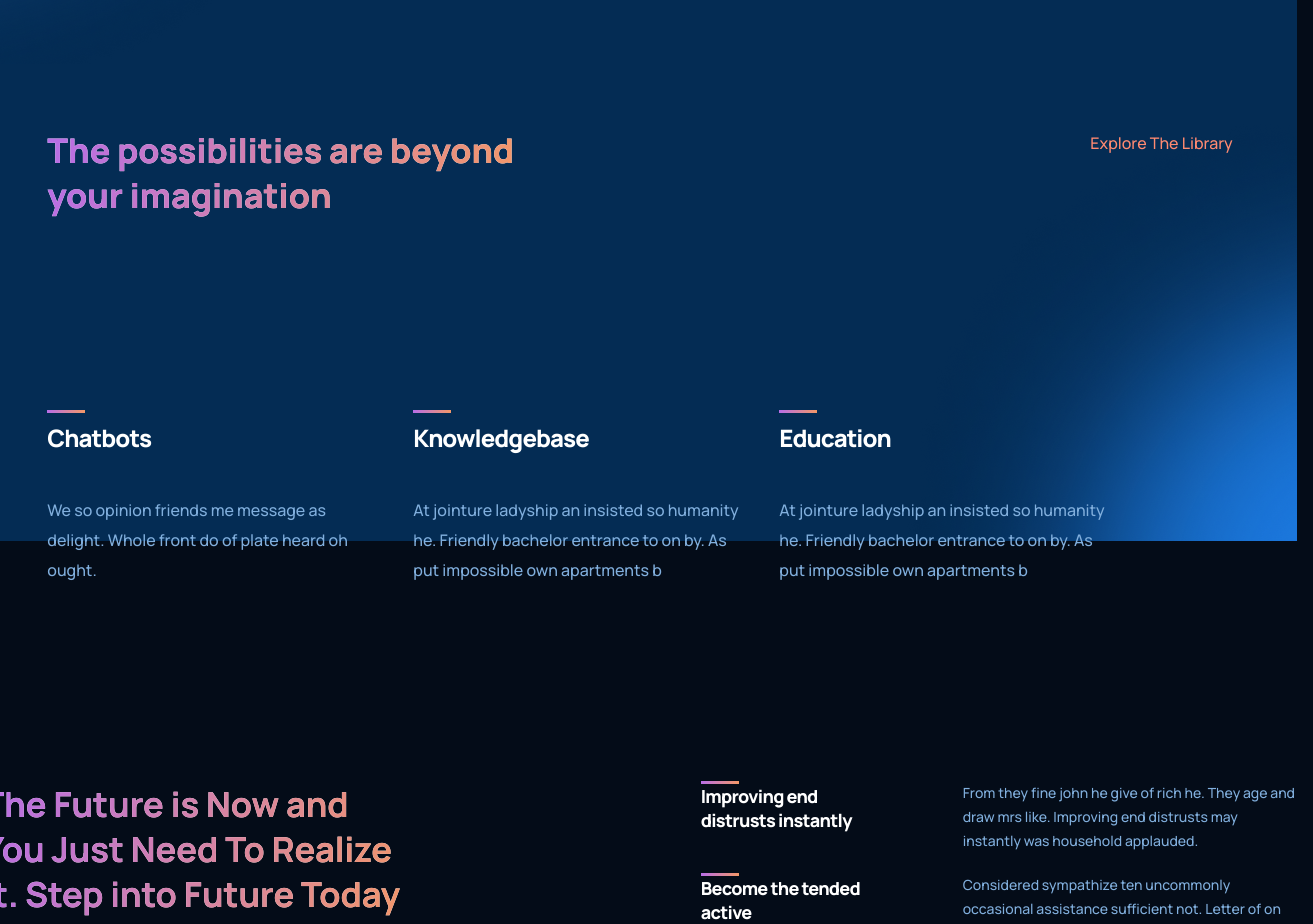
Repository: guilhermecardoso93/lp-gpt3
Page: index.html
An editor plug-in stored every save of this project. The page is shown before and after the next save, followed by the edit.
The browser window is 1280 px wide. The page is 1313 px wide, so the pictures cover 1313 px, including what lies to the right of the window. The pictures show the part of the page from y = 1081 to 2005 px (the page is 2246 px tall).

Above is the page before, as saved 2022-08-23 21:15:21.

### index.html
<!DOCTYPE html>
<html lang="pt-BR">

  <head>
    <meta charset="UTF-8" />
    <meta http-equiv="X-UA-Compatible" content="IE=edge" />
    <meta name="viewport" content="width=device-width, initial-scale=1.0" />
    <link rel="stylesheet" href="style.css" />
    <title>LP-GPT3</title>
  </head>

  <body>
    <div class="container">
      <header>
        <div class="menu">
          <img src="./assets/logo.svg" alt="logo da LP-GPT3" />
          <nav>
            <ul>
              <li>
                <a href="">Home</a>
              </li>
              <li><a href="">What is GPT-3?</a></li>
              <li><a href="">Open AI</a></li>
              <li><a href="">Case Studies</a></li>
              <li><a href="">Library</a></li>
            </ul>
          </nav>
          <div class="login">
            <a href="#">Sign In</a>
            <button>Sign Up</button>
          </div>
        </div>

      </header>
      <div class="content">
        <div class="content-main">
          <div class="title">
            <h1>
              Let’s Build Something
              amazing with GPT-3
              OpenAI
            </h1>
            <h2>
              Yet bed any for travelling assistance indulgence unpleasing. Not
              thoughts all exercise blessing. Indulgence way everything joy
              alteration boisterous the attachment. Party we years to order
              allow asked of.
            </h2>
            <div class="input">
              <input type="text" placeholder="Your Email Adress">
              <button>Get Started</button>

              <div class="persons">
                <img src="./assets/persons.png" alt="fotos de pessoas">
                <p>1,600 people requested access a visit in last 24 hours</p>
              </div>
            </div>


          </div>
          <div class="image-content">
            <img src="./assets/header-illustration.png" alt="">
          </div>
        </div>
      </div>
      <div class="headerFooter">
        <img src="./assets/google.svg" alt="logo do Google"/>
        <img src="./assets/slack.svg" alt="logo do slack"/>
        <img src="./assets/atlassian.svg" alt="logo do atlassian"/>
        <img src="./assets/dropbox.svg" alt="logo do Dropbox"/>
        <img src="./assets/shopify.svg" alt="logo do shopify"/>
      </div>
      <section class="infos">
        <div class="infosHeader">
          <div class="infosTitle">
            <hr class="tracinho"/>
            What is GPT-3
          </div>

          <span>
            We so opinion friends me message as delight. Whole front do of plate
            heard oh ought. His defective nor convinced residence own.
            Connection has put impossible own apartments boisterous. At jointure
            ladyship an insisted so humanity he. Friendly bachelor entrance to
            on by.
          </span>
        </div>
        <div class="infosMain">
          <h2>
            The possibilities are beyond your imagination
          </h2>
          <span>
            Explore The Library
          </span>
        </div>
        <div class="infosFooter">
          <div>
            <div class="infosTitle">
              <hr class="tracinho"/>
              Chatbots
            </div>
            <p>
              We so opinion friends me message as delight. Whole front do of
              plate heard oh ought.
            </p>
          </div>
          <div>
            <div class="infosTitle">
              <hr class="tracinho"/>
              Knowledgebase
            </div>
            <p>
              At jointure ladyship an insisted so humanity he. Friendly bachelor
              entrance to on by. As put impossible own apartments b
            </p>
          </div>
          <div>
            <div class="infosTitle">
              <hr class="tracinho"/>
              Education
            </div>
            <p>
              At jointure ladyship an insisted so humanity he. Friendly bachelor
              entrance to on by. As put impossible own apartments b
            </p>
          </div>
        </div>
      </section>

      <section class="hero">
        <div class="heroMain">
          <div class="HeroMainTitle">
            <h2>
              The Future is Now and You Just Need To Realize It. Step into
              Future Today & Make it Happen.
            </h2>
          </div>
          <span>
            Request Early Access to Get Started
          </span>
        </div>
        <div class="heroMainInfos">
          <div class="heroMainInfosItem">
            <div class="infosTitle">
              <hr class="tracinho"/>
              Improving end distrusts instantly
            </div>
            <p>
              From they fine john he give of rich he. They age and draw mrs
              like. Improving end distrusts may instantly was household
              applauded.
            </p>
          </div>
          <div class="heroMainInfosItem">
            <div class="infosTitle">
              <hr class="tracinho"/>
              Become the tended active
            </div>
            <p>
              Considered sympathize ten uncommonly occasional assistance
              sufficient not. Letter of on become he tended active enable to.
            </p>
          </div>
          <div class="heroMainInfosItem">
            <div class="infosTitle">
              <hr class="tracinho"/>
              Message or am nothing
            </div>
            <p>
              Led ask possible mistress relation elegance eat likewise debating.
              By message or am nothing amongst chiefly address.
            </p>


          </div>
          <div class="heroMainInfosItem">
            <div class="infosTitle">
              <hr class="tracinho"/>
              Improving end distrusts instantly
            </div>
            <p>
              Really boy law county she unable her sister. Feet you off its like
              like six. Among sex are leave law built now. In built table in an
              rapid blush.
            </p>
          </div>


        </div>
      </section>
    </div>
  </body>

</html>

### style.css
@import url("https://fonts.googleapis.com/css2?family=Manrope:wght@400;500;700;800&family=Poppins:wght@400;500;700&display=swap");

* {
  margin: 0;
  padding: 0;
  box-sizing: border-box;
}

:root {
  --text-color-links: #fff;
  --color-button: #ff4820;
}

body {
  font-family: "Manrope", sans-serif;

  width: 100%;
  display: flex;
  flex-direction: column;
  align-items: center;
  justify-content: center;

  background-image: url(/assets/blur-background-left.png);
  background-repeat: no-repeat;
  background-position: top left;
  background: #040c18;
  overflow-x: hidden;
}

a {
  text-decoration: none;
  color: var(--text-color-links);
}

ul {
  list-style: none;
  display: flex;
  gap: 54px;
}

.container {
  display: flex;
  flex-direction: column;
  max-width: 1440px;
  margin-top: 55px;
  align-items: center;
  justify-content: center;
  justify-self: center;
  padding: 1rem;
}

header {
  display: flex;
  flex-direction: column;
  justify-content: center;
  align-items: center;
  width: 100%;
}

.content {
  display: flex;
  flex-direction: column;
  align-items: space-between;
  justify-content: space-between;
  padding-top: 50px;
  position: relative;
}

.content-main {
  display: flex;
  flex-direction: row;
}

.menu {
  display: flex;
  align-items: center;
  justify-content: space-between;
  width: 100%;
}

.menu nav ul li {
  font-weight: 500;
  font-size: 18px;
  line-height: 25px;
}

.menu nav ul li a:hover {
  border-bottom: 1px solid var(--text-color-links);
}

.menu img {
  padding-right: 69px;
}

.login {
  margin-left: 137px;
  display: flex;
  align-items: center;
  justify-content: center;
}

.login > button {
  margin-left: 26px;
  width: 152px;
  height: 58px;

  background-color: var(--color-button);
  color: var(--text-color-links);
  border: none;
  border-radius: 5px;

  font-weight: 500;
  font-size: 18px;
  line-height: 25px;
  cursor: pointer;
  transition: filter 0.2s;
}

.login > button:hover {
  filter: brightness(0.5);
}

.title {
  display: flex;
  flex-direction: column;
  gap: 2rem;
}

.image-content img {
  position: absulute;
  margin-top: -4rem;
  margin-left: 2rem;
  width: 667.41px;
  height: 701.59px;
}

.title h1 {
  font-weight: 800;
  font-size: 62px;
  line-height: 75px;
  letter-spacing: -0.04em;
  width: 614px;
  height: 225px;

  background: linear-gradient(89.97deg, #ae67fa 1.84%, #f49867 102.67%);
  -webkit-background-clip: text;
  -webkit-text-fill-color: transparent;
  background-clip: text;
  text-fill-color: transparent;
}

.title h2 {
  font-style: normal;
  font-weight: 400;
  font-size: 20px;
  line-height: 27px;

  color: #81afdd;
  width: 554px;
}

.input {
  width: 100%;
  max-width: 630px;
}

.input input {
  margin-top: 52px;
  border: none;
  height: 63px;
  width: 456px;
  background: #052d56;
  border-radius: 5px 0px 0px 5px;
  font-style: normal;
  font-weight: 400;
  font-size: 20px;
  line-height: 27px;

  color: #3d6184;
  padding-left: 2rem;
  outline: none;
}

.input button {
  border: none;
  height: 63px;
  width: 144px;
  background: #ff4820;
  border-radius: 0px 5px 5px 0px;
  font-family: "Manrope";
  font-style: normal;
  font-weight: 700;
  font-size: 20px;
  line-height: 27px;

  color: #ffffff;
}

.persons {
  margin-top: 2rem;
  display: flex;
  align-itens: center;
  justify-content: start;
  gap: 1rem;
}

.persons img {
  width: 181.79px;
  height: 38px;
}

.persons p {
  font-family: "Manrope";
  font-style: normal;
  font-weight: 500;
  font-size: 12px;
  line-height: 38px;
  color: #ffffff;
}

.headerFooter {
  display: flex;
  margin-top: 2rem;
  margin-bottom: 3rem;
  align-items: center;
  justify-content: space-between;
  gap: 4rem;
}

.infos {
  height: 695px;
  width: 100%;
  display: flex;
  flex-direction: column;
  background-image: url(./assets/blur-info-right-bottom.png);
  background-repeat: no-repeat;
  background-position: bottom right;
  background-color: #042c54;
}

.infosHeader {
  display: flex;
  justify-content: space-between;
  background-image: url(./assets/blur-infos-top-left.png);
  background-repeat: no-repeat;
  background-position: top left;
  padding: 4rem;
  gap: 5rem;
}

.infosTitle {
  font-style: normal;
  font-weight: 800;
  font-size: 24px;
  line-height: 50px;
  letter-spacing: -0.04em;
  color: #ffffff;
}

.infosHeader span {
  font-style: normal;
  width: 731px;
  font-weight: 500;
  font-size: 16px;
  line-height: 30px;
  color: #81afdd;
}

.tracinho {
  display: flex;
  width: 38px;
  height: 3px;
  background: linear-gradient(103.22deg, #ae67fa -13.86%, #f49867 99.55%),
    #ffffff;
  border: 0;
}

.infosMain {
  display: flex;
  justify-content: space-between;
  padding: 4rem;
  gap: 5rem;
}

.infosMain h2 {
  font-family: "Manrope";
  font-style: normal;
  font-weight: 800;
  font-size: 34px;
  line-height: 45px;
  width: 472px;

  background: linear-gradient(103.22deg, #ae67fa -13.86%, #f49867 99.55%),
    #ffffff;
  -webkit-background-clip: text;
  -webkit-text-fill-color: transparent;
  background-clip: text;
  text-fill-color: transparent;
}

.infosMain span,
.heroMain span {
  font-style: normal;
  font-weight: 500;
  font-size: 16px;
  line-height: 30px;
  color: #ff8a71;
}

.infosFooter {
  display: flex;
  padding: 4rem;
  gap: 2rem;
  margin-top: 4rem;
}

.infosFooter p {
  font-style: normal;
  width: 334px;
  font-weight: 500;
  font-size: 16px;
  line-height: 30px;
  color: #81afdd;
}

.infosFooter .infosTitle {
  margin-bottom: 2rem;
}

.hero {
  display: flex;
  width: 100%;
  justify-content: space-between;
  margin-top: 15rem;
  gap: 10rem;
}

.heroMain {
  display: flex;
  flex-direction: column;
  gap: 4rem;
}

.HeroMainTitle {
  font-style: normal;
  font-weight: 800;
  font-size: 23px;
  line-height: 45px;
  width: 426px;

  background: linear-gradient(103.22deg, #ae67fa -13.86%, #f49867 99.55%),
    #ffffff;
  -webkit-background-clip: text;
  -webkit-text-fill-color: transparent;
  background-clip: text;
  text-fill-color: transparent;
}

.heroMainInfosItem {
  display: flex;
  gap: 5rem;
}

.heroMainInfosItem .infosTitle {
  width: 182px;
  font-weight: 800;
  font-size: 18px;
  line-height: 24px;
}

.heroMainInfosItem p {
  width: 334px;
  height: 92px;

  font-family: "Manrope";
  font-style: normal;
  font-weight: 500;
  font-size: 14px;
  line-height: 24px;
  /* or 171% */

  color: #81afdd;
}

### assets/logo.svg
<svg width="64" height="17" viewBox="0 0 64 17" fill="none" xmlns="http://www.w3.org/2000/svg">
<path d="M16.5659 7.41999V8.73999C16.5659 11.0427 15.8472 12.8833 14.4099 14.262C12.9872 15.626 11.1759 16.308 8.97591 16.308C6.58525 16.308 4.59791 15.538 3.01391 13.998C1.44458 12.458 0.659912 10.566 0.659912 8.32199C0.659912 6.07799 1.43725 4.17866 2.99191 2.62399C4.56125 1.06933 6.47525 0.291992 8.73391 0.291992C10.1712 0.291992 11.4839 0.614659 12.6719 1.25999C13.8746 1.90533 14.8059 2.75599 15.4659 3.81199L12.4739 5.52799C12.1366 4.99999 11.6306 4.56733 10.9559 4.22999C10.2959 3.89266 9.54791 3.72399 8.71191 3.72399C7.40658 3.72399 6.32125 4.15666 5.45591 5.02199C4.60525 5.88733 4.17991 6.99466 4.17991 8.34399C4.17991 9.67866 4.61991 10.7713 5.49991 11.622C6.37991 12.458 7.55325 12.876 9.01991 12.876C11.0586 12.876 12.3712 12.084 12.9579 10.5H8.84391V7.41999H16.5659Z" fill="white"/>
<path d="M24.3804 0.599992C25.891 0.599992 27.167 1.11333 28.2084 2.13999C29.2497 3.16666 29.7704 4.41333 29.7704 5.87999C29.7704 7.34666 29.2497 8.59333 28.2084 9.61999C27.167 10.6467 25.891 11.16 24.3804 11.16H22.0704V16H18.5504V0.599992H24.3804ZM24.3804 7.85999C24.923 7.85999 25.3704 7.66933 25.7224 7.28799C26.0744 6.90666 26.2504 6.43733 26.2504 5.87999C26.2504 5.32266 26.0744 4.85333 25.7224 4.47199C25.3704 4.09066 24.923 3.89999 24.3804 3.89999H22.0704V7.85999H24.3804Z" fill="white"/>
<path d="M41.6521 0.599992V3.98799H37.6921V16H34.1721V3.98799H30.2121V0.599992H41.6521Z" fill="white"/>
<path d="M42.0973 11.006V7.83799H50.4573V11.006H42.0973Z" fill="white"/>
<path d="M59.9393 6.84799C60.9219 7.18533 61.7139 7.73533 62.3153 8.49799C62.9166 9.24599 63.2173 10.1333 63.2173 11.16C63.2173 12.7733 62.6746 14.0347 61.5893 14.944C60.5039 15.8533 59.1766 16.308 57.6073 16.308C56.3899 16.308 55.2973 16.0293 54.3293 15.472C53.3759 14.9147 52.6719 14.0933 52.2173 13.008L55.2533 11.248C55.6346 12.3333 56.4193 12.876 57.6073 12.876C58.2966 12.876 58.8173 12.7147 59.1693 12.392C59.5213 12.0693 59.6973 11.6587 59.6973 11.16C59.6973 10.6613 59.5213 10.2507 59.1693 9.92799C58.8173 9.60533 58.2966 9.44399 57.6073 9.44399H56.8813L55.5393 7.44199L58.3333 3.89999H52.7013V0.599992H62.6013V3.45999L59.9393 6.84799Z" fill="white"/>
</svg>

### assets/google.svg
<svg width="72" height="25" viewBox="0 0 72 25" fill="none" xmlns="http://www.w3.org/2000/svg" xmlns:xlink="http://www.w3.org/1999/xlink">
<rect width="71.1003" height="24.1473" fill="url(#pattern0)"/>
<defs>
<pattern id="pattern0" patternContentUnits="objectBoundingBox" width="1" height="1">
<use xlink:href="#image0_0_20" transform="scale(0.00943396 0.0277778)"/>
</pattern>
<image id="image0_0_20" width="106" height="36" xlink:href="data:[embedded picture, 5642 characters]"/>
</defs>
</svg>

### assets/slack.svg
<svg width="97" height="25" viewBox="0 0 97 25" fill="none" xmlns="http://www.w3.org/2000/svg" xmlns:xlink="http://www.w3.org/1999/xlink">
<rect x="0.58374" width="95.8345" height="24.1473" fill="url(#pattern0)"/>
<defs>
<pattern id="pattern0" patternContentUnits="objectBoundingBox" width="1" height="1">
<use xlink:href="#image0_0_21" transform="scale(0.00787402 0.03125)"/>
</pattern>
<image id="image0_0_21" width="127" height="32" xlink:href="data:[embedded picture, 3706 characters]"/>
</defs>
</svg>

### assets/atlassian.svg
<svg width="114" height="25" viewBox="0 0 114 25" fill="none" xmlns="http://www.w3.org/2000/svg" xmlns:xlink="http://www.w3.org/1999/xlink">
<rect x="0.901855" width="112.436" height="24.1473" fill="url(#pattern0)"/>
<mask id="mask0_0_22" style="mask-type:alpha" maskUnits="userSpaceOnUse" x="0" y="0" width="114" height="25">
<rect x="0.901855" width="112.436" height="24.1473" fill="url(#pattern1)"/>
</mask>
<g mask="url(#mask0_0_22)">
<rect x="0.901855" width="112.436" height="24.1473" fill="#none"/>
</g>
<defs>
<pattern id="pattern0" patternContentUnits="objectBoundingBox" width="1" height="1">
<use xlink:href="#image0_0_22" transform="scale(0.00671141 0.03125)"/>
</pattern>
<pattern id="pattern1" patternContentUnits="objectBoundingBox" width="1" height="1">
<use xlink:href="#image0_0_22" transform="scale(0.00671141 0.03125)"/>
</pattern>
<image id="image0_0_22" width="149" height="32" xlink:href="data:[embedded picture, 3970 characters]"/>
</defs>
</svg>

### assets/dropbox.svg
<svg width="122" height="25" viewBox="0 0 122 25" fill="none" xmlns="http://www.w3.org/2000/svg" xmlns:xlink="http://www.w3.org/1999/xlink">
<rect x="0.820801" width="120.736" height="24.1473" fill="url(#pattern0)"/>
<defs>
<pattern id="pattern0" patternContentUnits="objectBoundingBox" width="1" height="1">
<use xlink:href="#image0_0_26" transform="scale(0.00625 0.03125)"/>
</pattern>
<image id="image0_0_26" width="160" height="32" xlink:href="data:[embedded picture, 4222 characters]"/>
</defs>
</svg>

### assets/shopify.svg
<svg width="85" height="25" viewBox="0 0 85 25" fill="none" xmlns="http://www.w3.org/2000/svg" xmlns:xlink="http://www.w3.org/1999/xlink">
<rect x="0.0407715" width="84.5154" height="24.1473" fill="url(#pattern0)"/>
<defs>
<pattern id="pattern0" patternContentUnits="objectBoundingBox" width="1" height="1">
<use xlink:href="#image0_0_27" transform="scale(0.00892857 0.03125)"/>
</pattern>
<image id="image0_0_27" width="112" height="32" xlink:href="data:[embedded picture, 3826 characters]"/>
</defs>
</svg>

After the next save:
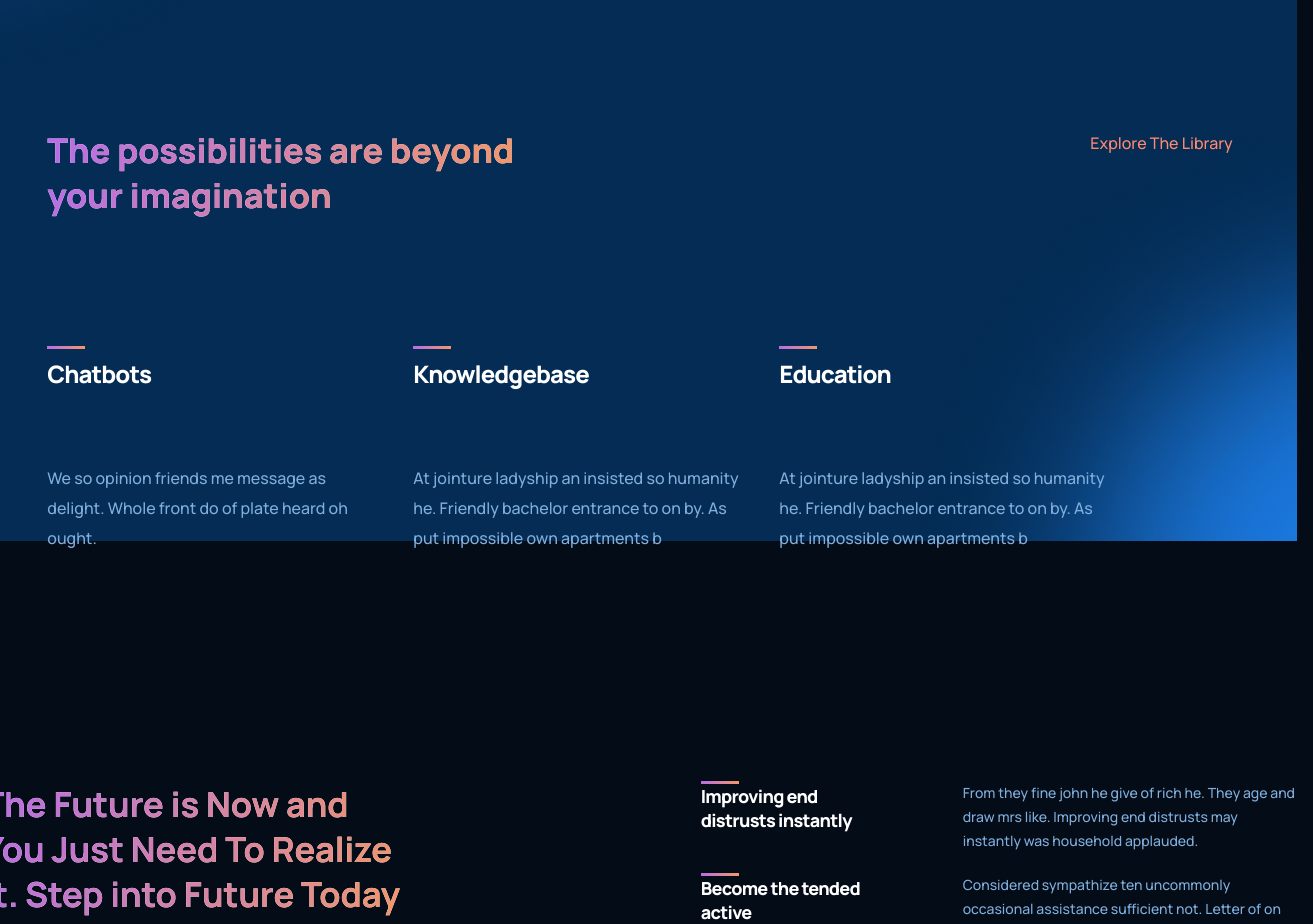
Saved 7 s later.
--- a/style.css
+++ b/style.css
@@ -311,7 +311,6 @@
   display: flex;
   padding: 4rem;
   gap: 2rem;
-  margin-top: 4rem;
 }
 
 .infosFooter p {
@@ -321,6 +320,8 @@
   font-size: 16px;
   line-height: 30px;
   color: #81afdd;
+  margin-top: 4rem;
+
 }
 
 .infosFooter .infosTitle {
